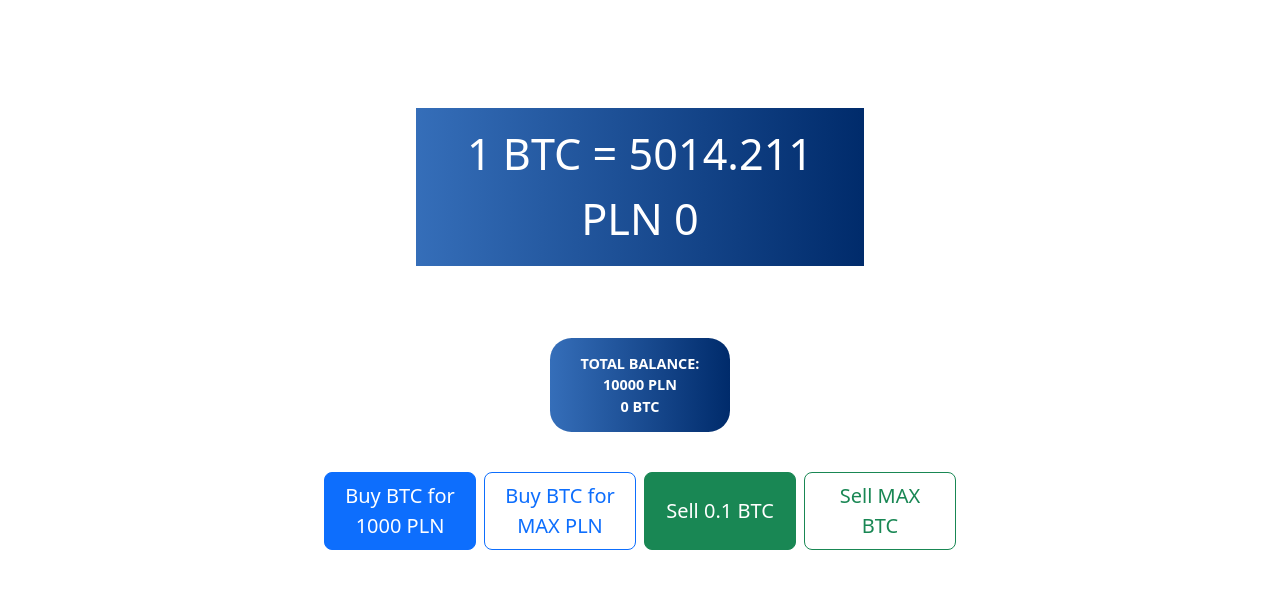
Repository: michalgornicki/bitcoin-virtual
Page: /
The author's editor kept a copy of each file at every save. The page is drawn from the files as they stood at one save, then again after the next save.
The browser window is 1280 px wide. The pictures show the whole page.
The project was rebuilt for these pictures with package versions that can differ from the ones it lists, and the page was loaded fresh each time.

Above is the page before, as saved 2021-12-05 23:06:38.

After the next save:
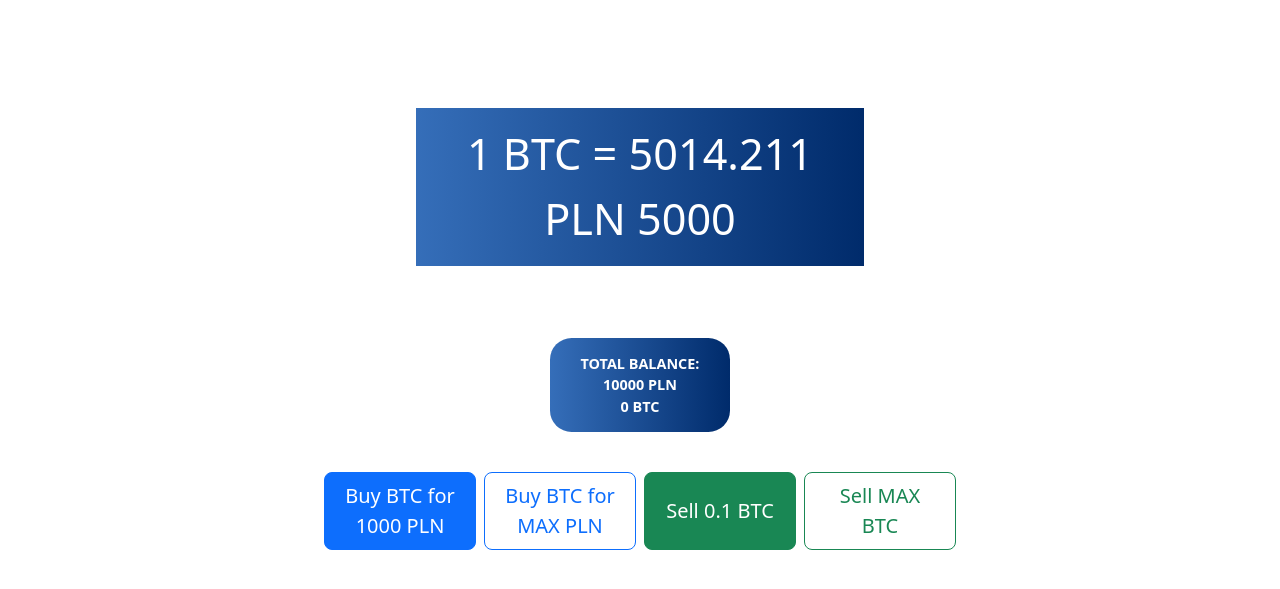
Saved 31 s later.
--- a/src/App.jsx
+++ b/src/App.jsx
@@ -21,7 +21,7 @@
   };
 
   const percent = () => {
-    setChange(change - bitcoinPrice);
+    setChange(bitcoinPrice);
     console.log(change);
     setTimeout(percent, 1000);
   }

After the save that followed:
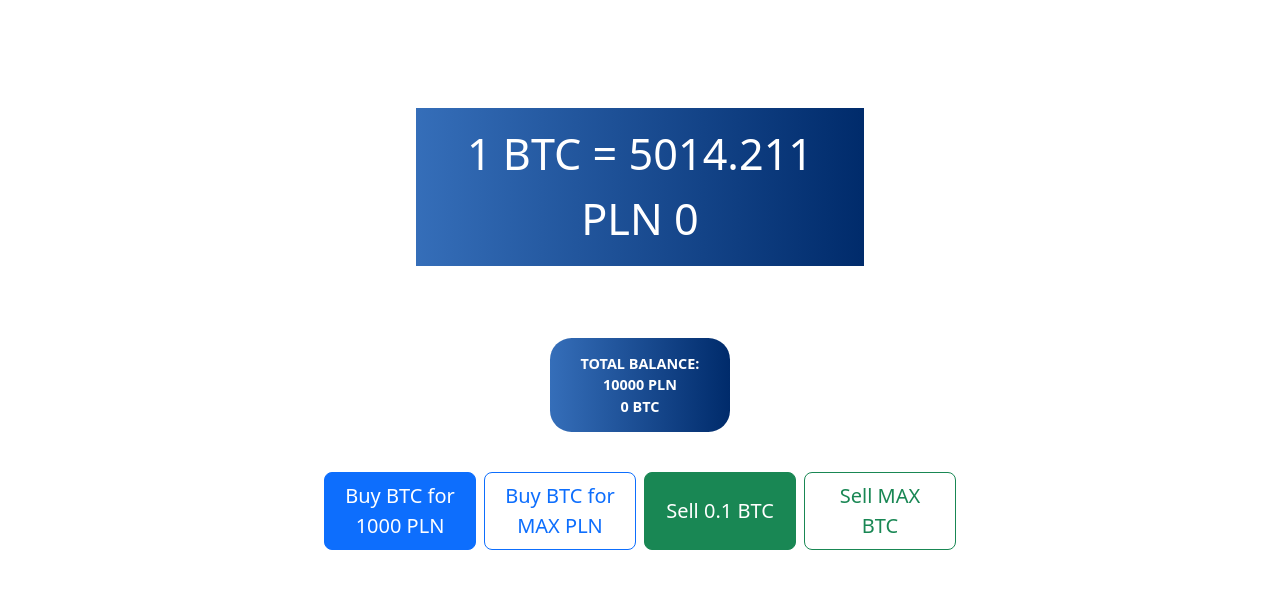
Saved 6 s later.
--- a/src/App.jsx
+++ b/src/App.jsx
@@ -21,7 +21,7 @@
   };
 
   const percent = () => {
-    setChange(bitcoinPrice);
+    setChange(change - bitcoinPrice);
     console.log(change);
     setTimeout(percent, 1000);
   }
